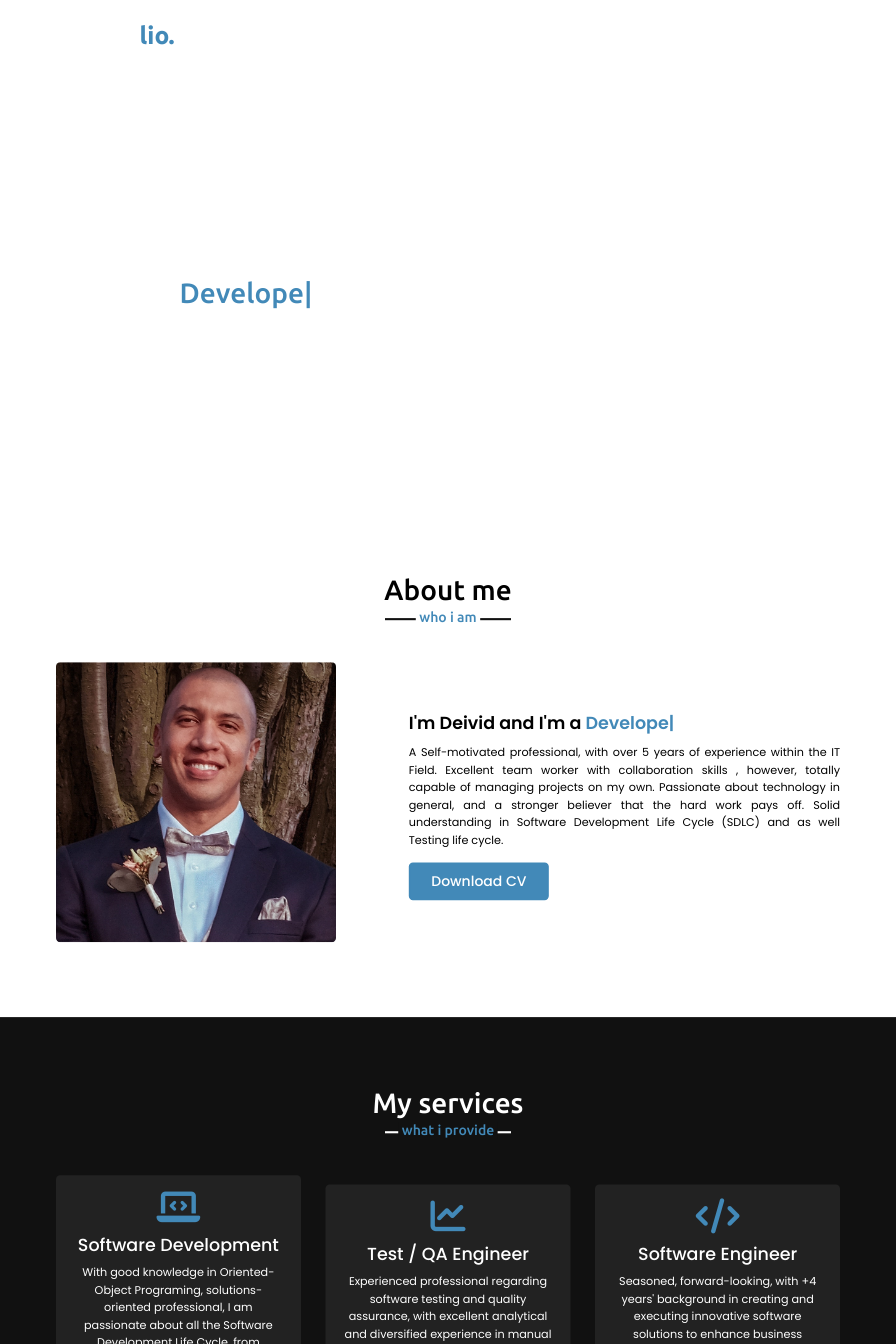
Repository: deividwsantoss/portfolio
Page: index.html
The author's editor kept a copy of each file at every save. The page is drawn from the files as they stood at one save, then again after the next save.
The browser window is 1280 px wide. The pictures show the part of the page from y = 0 to 1920 px (the page is 4170 px tall), at 70% of full size.
Some web libraries are served in a nearby version.

Above is the page before, as saved 2021-03-04 21:19:29.
Not found: Content/images/banner.jpg

After the next save:
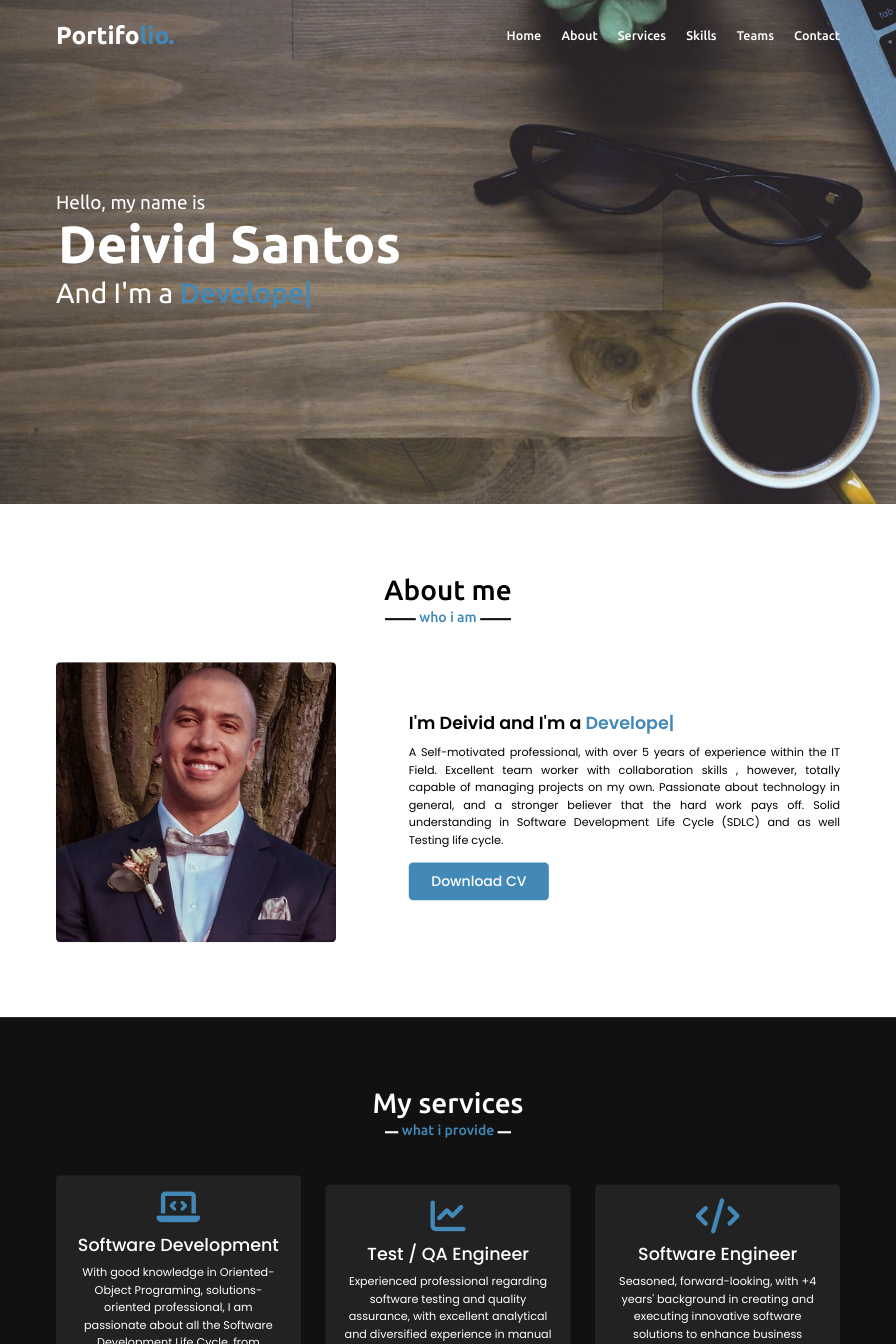
Saved 5 min 36 s later.
--- a/Content/style.css
+++ b/Content/style.css
@@ -164,7 +164,7 @@ section .title::after{
 
 .home{
     display: flex;
-    background: url("./images/banner.jpg") no-repeat center;
+    background: url("banner.jpg") no-repeat center;
     height: 100vh;
     color: #fff;
     min-height: 500px;
